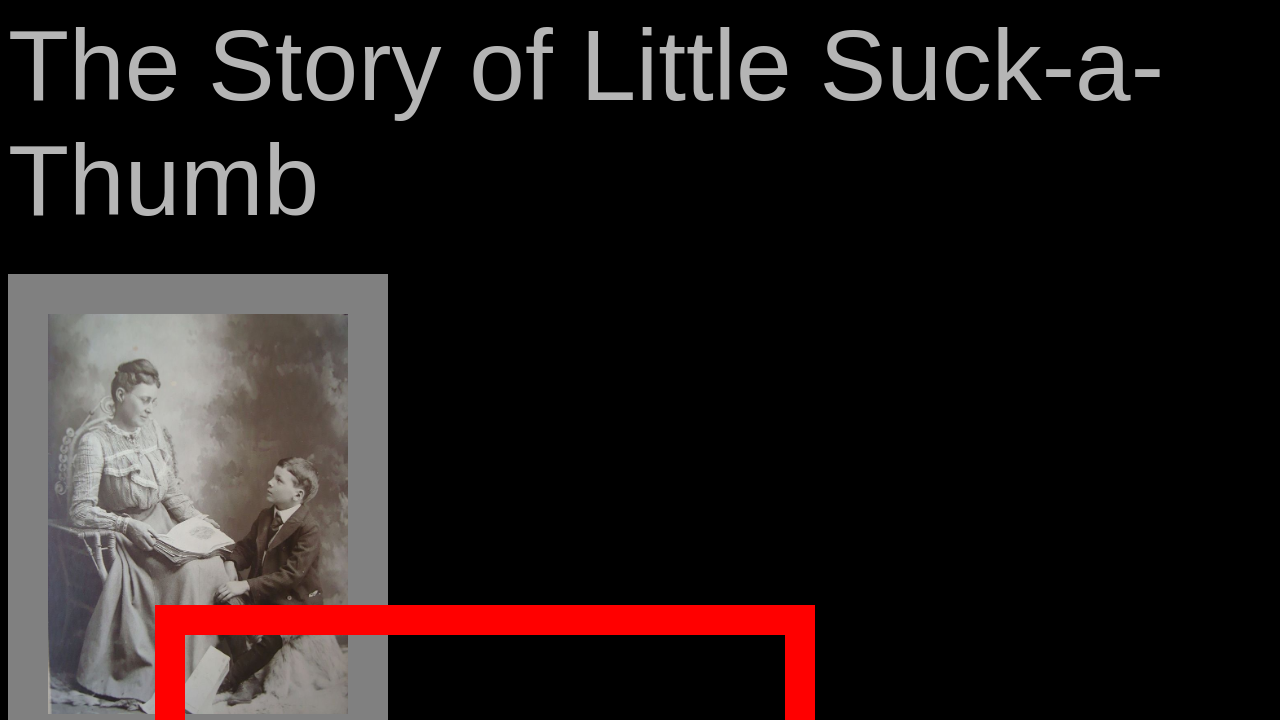
Repository: ConnyPinto/connypinto.github.io
Page: classwork/composition2.html
The author's editor kept a record of every edit. The page is drawn from the files as they stood at one moment, then again after the next edit.
The browser window is 1280 px wide. The pictures show the whole page.

Above is the page before.

After the next edit:
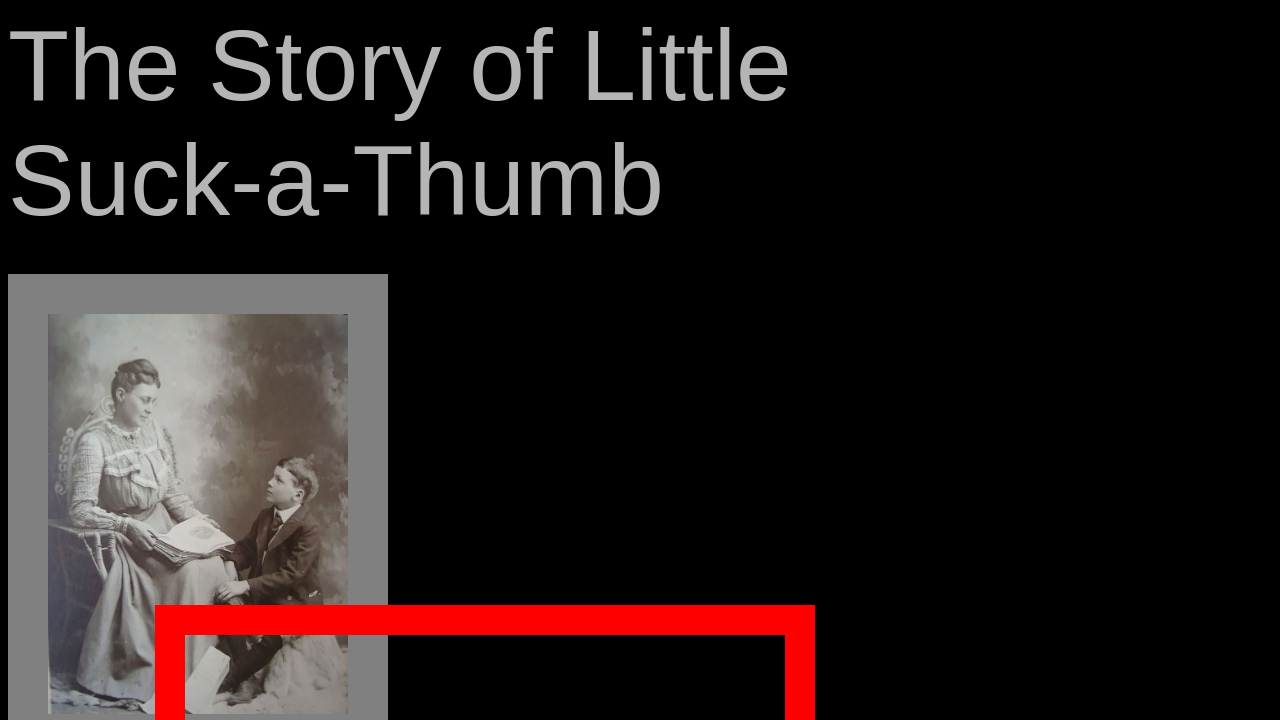
The edit:
--- a/classwork/composition2.html
+++ b/classwork/composition2.html
@@ -9,7 +9,8 @@
 
     <body>
 
-<div class="one"> The Story of Little Suck-a-Thumb</div>
+<div class="one"> The Story of Little <br>
+Suck-a-Thumb</div>
 <br>
 <br>
 <a href="#" class="motherson-wrapper">
